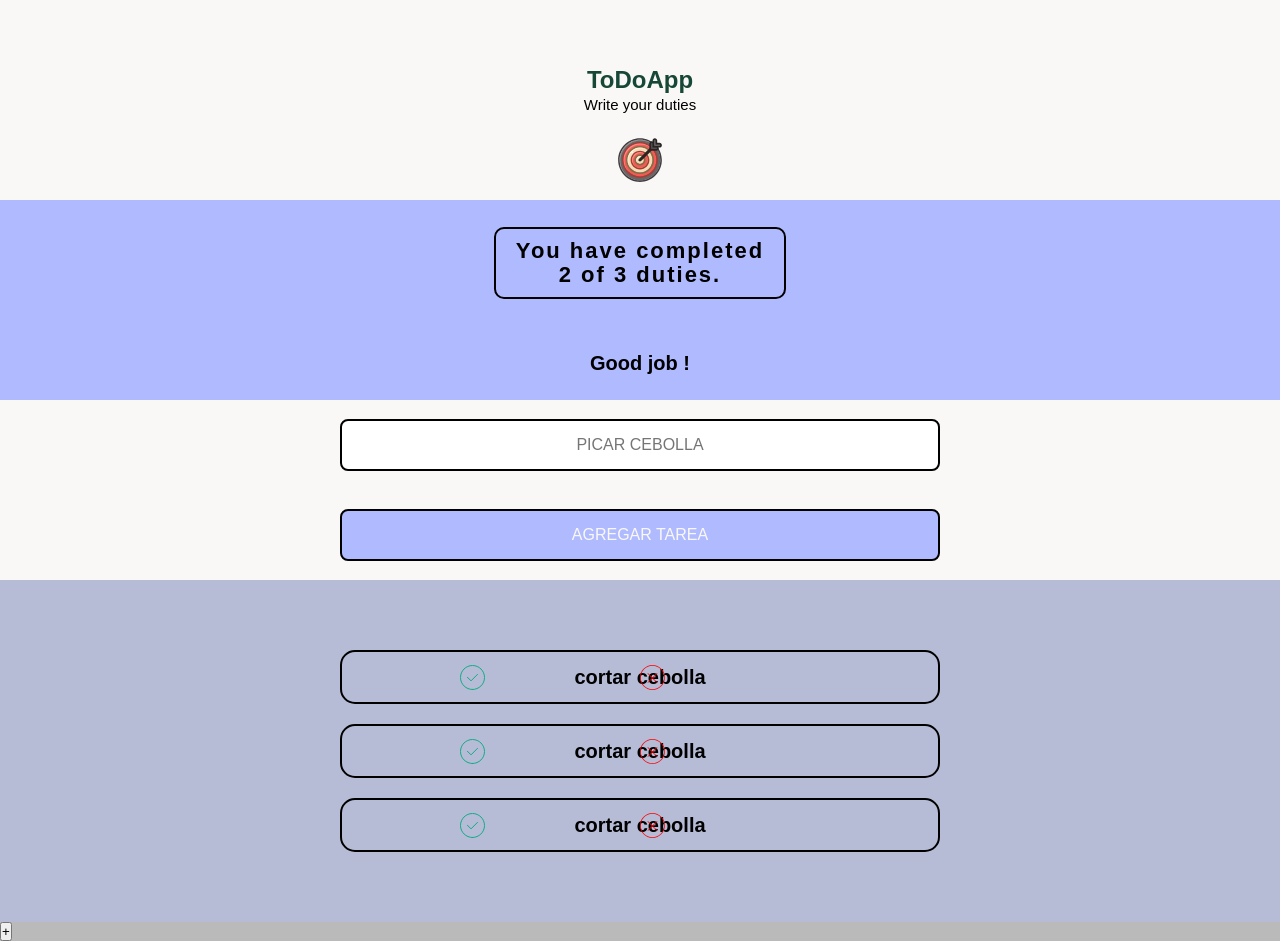
Repository: ChristianGecchelin/to-do-app
Page: /
These files come from the project's save history. The page is drawn as it stood at one moment and after the next save; the edit follows.
The browser window is 1280 px wide. The pictures show the whole page.
The project was rebuilt for these pictures with package versions that can differ from the ones it lists, and the page was loaded fresh each time.

Above is the page before, as saved 2022-01-12 15:52:31.

### src/index.js
import React from "react";
import ReactDOM from "react-dom";
import App from "./App";
//import { ChakraProvider } from "@chakra-ui/react";
import "./index.css";

ReactDOM.render(<App />, document.getElementById("root"));

### src/App.js
import { ToDoCounter } from "./ToDoCounter";
import { ToDoSearch } from "./ToDoSearch";
import { ToDoList } from "./ToDoList";
import { CreateToDoButton } from "./CreateToDoButton";
import { ToDoItem } from "./ToDoItem";
import { Header } from "./Header";
// import './App.css';

const todos = [
  { text: "cortar cebolla", completed: false },
  { text: "cortar cebolla", completed: false },
  { text: "cortar cebolla", completed: false },
];

function App() {
  return (
    <>
      <Header />
      <ToDoCounter />
      {<ToDoSearch />}
      <ToDoList>
        {todos.map((todo) => (
          <ToDoItem key={todo.text} text={todo.text} />
        ))}
      </ToDoList>

      <CreateToDoButton />
    </>
  );
}

export default App;

### src/index.css
* {
  box-sizing: border-box;
  margin: 0;
  padding: 0;
}
html {
  font-size: 62.5%;
  font-family: "DM Sans", sans-serif;
}
body {
  background: #bababa;
}

### src/ToDoCounter.js
import "./styles/ToDoCounter.css";
function ToDoCounter() {
  return (
    <section className="counter-container">
      <div className="title-card">
        <h2 className="counter-title">
          You have completed <br />2 of 3 duties.
        </h2>
      </div>
      {/* como podria cambiar ese br? */}
      <p className="counter-congrats">Good job !</p>
    </section>
  );
}
export { ToDoCounter };
/* Modificar que sea variable la cantidad de tareas completadas, que el good job cambie cuando llevo menos de la mitad de tareas completadas. */

### src/ToDoSearch.js
import "./styles/ToDoSearch.css";
function ToDoSearch() {
  return (
    <section className="search-container">
      <input className="search-input" placeholder="Picar cebolla"></input>
      <button className="search-button">Agregar tarea</button>
    </section>
  );
}
export { ToDoSearch };

### src/ToDoList.js
import "./styles/ToDoList.css";
function ToDoList(props) {
  return (
    <section className="list-container">
      <ul className="item-container"> {props.children}</ul>
    </section>
  );
}
export { ToDoList };

### src/CreateToDoButton.js
function CreateToDoButton() {
  return <button>+</button>;
}
export { CreateToDoButton };

### src/ToDoItem.js
function ToDoItem(props) {
  return (
    <li className="list-item">
      <span className="check"></span>
      <p className="text-item">{props.text}</p>
      <span className="delete"></span>
    </li>
  );
}
export { ToDoItem };

### src/Header.js
import "./styles/header.css";
function Header() {
  return (
    <header>
      <h1>ToDoApp</h1>
      <h3>Write your duties</h3>
      <span></span>
    </header>
  );
}
export { Header };

### src/styles/ToDoCounter.css
.counter-container {
  display: flex;
  flex-direction: column;
  justify-content: space-around;
  align-items: center;
  width: 100%;
  min-width: 300px;
  height: 200px;
  margin: 0 auto;
  text-align: center;
  background: #b0bbff;
}
.title-card {
  border: 2px solid black;
  border-radius: 10px;
}
.counter-title {
  font-size: 2.2rem;
  font-weight: 700;
  line-height: 2.4rem;
  letter-spacing: 0.2rem;
  padding: 10px 20px;
}
.counter-congrats {
  font-size: 2rem;
  font-weight: 700;
  line-height: 2rem;
}

/* como funciona la especifidad en css en react? */

### src/styles/ToDoSearch.css
.search-container {
  display: flex;
  flex-direction: column;
  margin: 0 auto;
  justify-content: space-around;
  width: 100%;
  min-width: 200px;
  height: 180px;
  text-align: center;
  background: #faf8f7;
}
.search-input {
  width: 60%;
  max-width: 600px;
  border: 2px solid black;
  border-radius: 8px;
  margin: 0 auto;
  text-align: center;
  padding: 15px 20px;
  font-size: 1.6rem;
}
.search-button {
  width: 60%;
  max-width: 600px;
  margin: 0 auto;
  padding: 15px 0;
  border: 2px solid black;
  border-radius: 8px;
  outline: none;
  font-size: 1.6rem;
  text-transform: uppercase;
  background: rgb(176 187 255);
  color: #faf8f7;
}
.search-input:focus {
  outline: none;
  border: 2px solid green;
  background: rgba(240, 239, 239, 0.7);
}
.search-input::placeholder {
  text-transform: uppercase;
}

### src/styles/ToDoList.css
.list-container {
  display: flex;
  flex-direction: column;
  justify-content: center;
  align-items: center;
  width: 100%;
  height: auto;
  padding: 50px 0;
  background: rgb(176 187 255 / 40%);
}
.item-container {
  width: 60%;
  max-width: 600px;
}
.list-item {
  position: relative;
  display: flex;
  flex-direction: row;
  justify-content: space-around;
  margin: 20px 0px;
  padding: 15px 0;
  border: 2px solid black;
  border-radius: 15px;
}
.check {
  position: absolute;
  top: 13px;
  left: calc(50% - 180px);
  background-image: url(../assets/check.svg);
  width: 25px;
  height: 25px;
  background-repeat: no-repeat;
  background-size: contain;
}
.delete {
  position: absolute;
  top: 13px;
  left: calc(50%);
  background-image: url(../assets/cross.svg);
  width: 25px;
  height: 25px;
  background-repeat: no-repeat;
  background-size: contain;
  fill: #81b5a8;
  -webkit-mask: url(../assets/cross.svg);
  mask: url(../assets/cross.svg);
  mask-size: cover;
  background: red;
}
.text-item {
  font-size: 2rem;
  font-weight: 700;
  line-height: 2rem;
}

### src/styles/header.css
header {
  position: relative;
  display: flex;
  flex-direction: column;
  justify-content: center;
  align-items: center;
  width: 100%;
  min-width: 320px;
  height: 200px;
  text-align: center;
  padding-bottom: 50px;
  background: #faf8f7;
}
header h1 {
  align-items: center;
  font-size: 2.4rem;
  font-weight: 700;
  line-height: 3rem;
  color: rgb(22, 71, 55);
  padding-top: 15px;
  padding-bottom: 5px;
  margin-top: 10px;
}
header h3 {
  align-items: center;
  font-size: 1.5rem;
  font-weight: 500;
  line-height: 1rem;
}
header span {
  position: absolute;
  top: 135px;
  background-image: url(../assets/header.svg);
  width: 50px;
  height: 50px;
  background-repeat: no-repeat;
  background-size: contain;
}
/*Falta completar con tipografias y colores, imagen span*/

Loaded but not shown: public/index.html (common file)

After the next save:
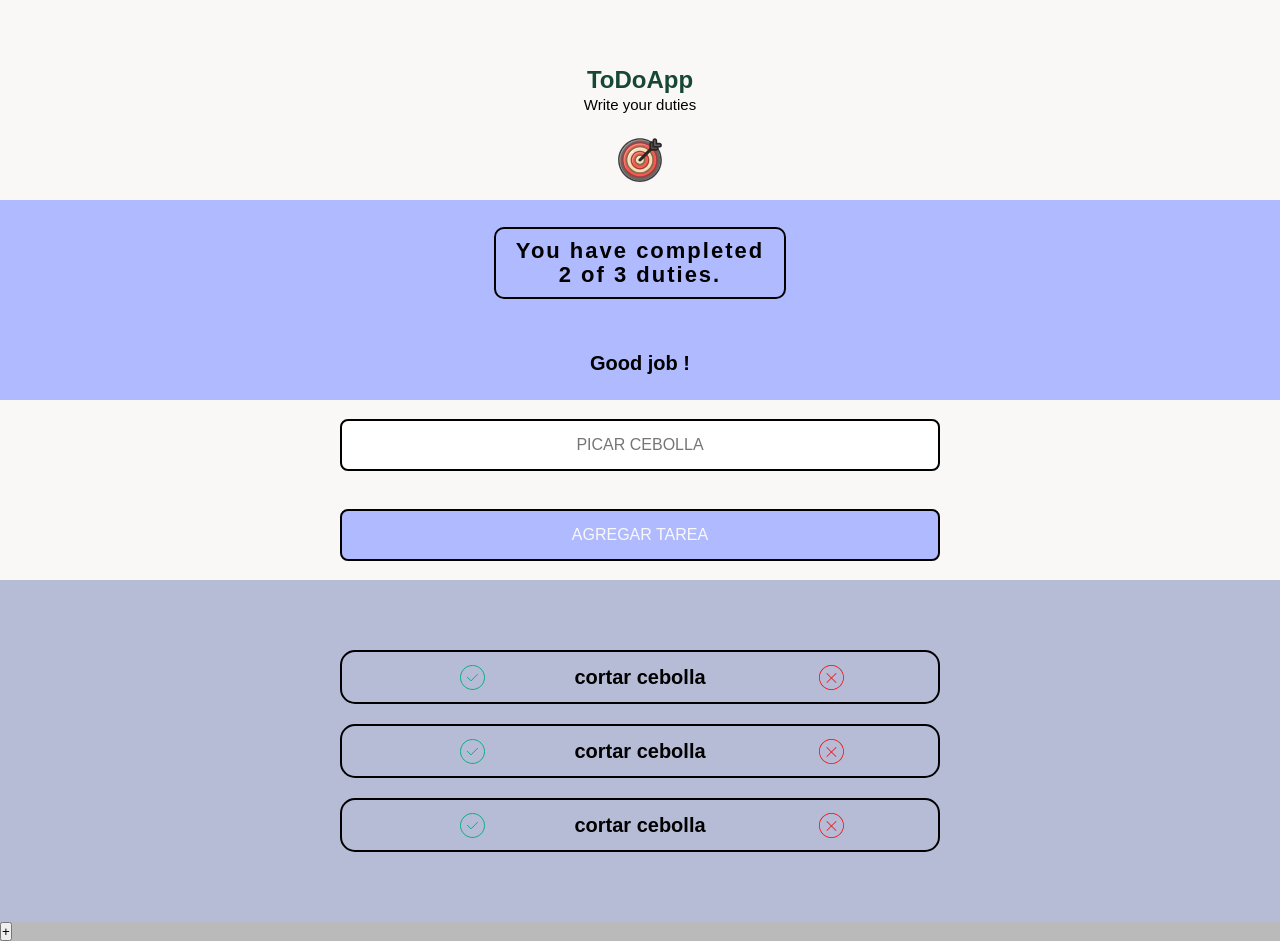
Saved 56 s later.
--- a/src/styles/ToDoList.css
+++ b/src/styles/ToDoList.css
@@ -35,7 +35,7 @@
 .delete {
   position: absolute;
   top: 13px;
-  left: calc(50%);
+  left: calc(80%);
   background-image: url(../assets/cross.svg);
   width: 25px;
   height: 25px;
